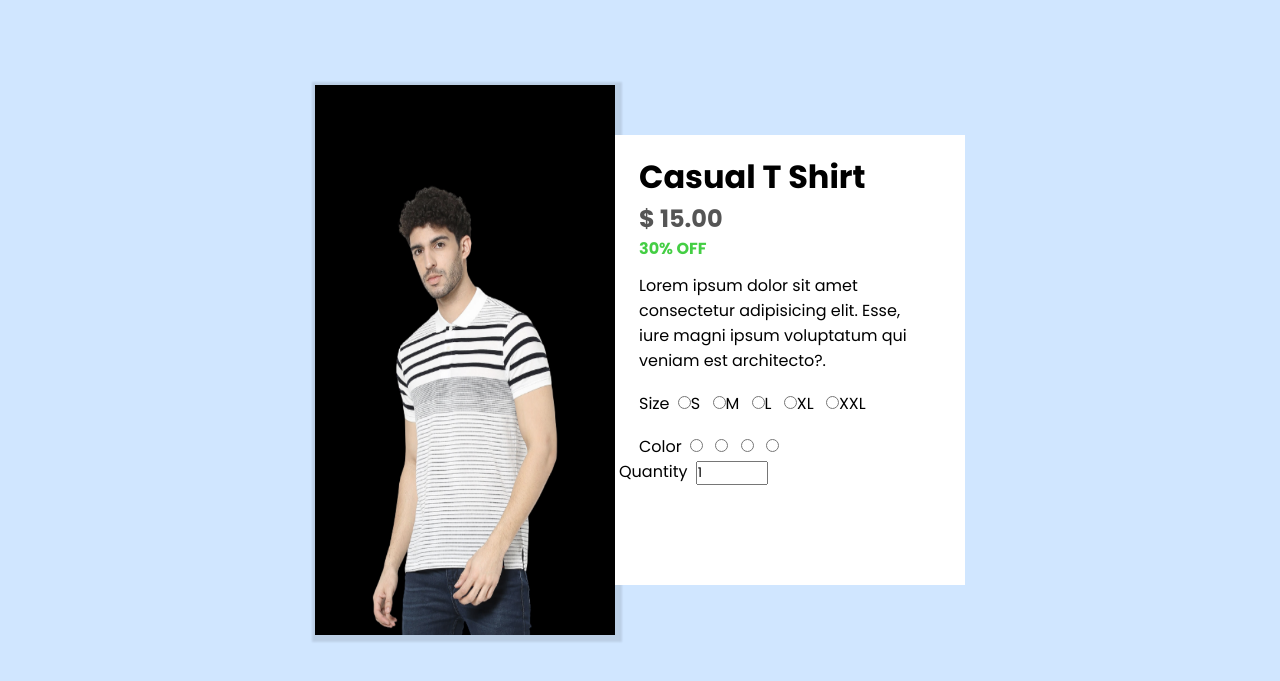
Repository: Ankitkr2021/Product-Page
Page: index.html
These files come from the project's save history. The page is drawn as it stood at one moment and after the next save; the edit follows.
The browser window is 1280 px wide. The pictures show the whole page.

Above is the page before, as saved 2025-10-24 11:16:36.

### index.html
<!DOCTYPE html>
<html lang="en">
<head>
    <meta charset="UTF-8">
    <meta name="viewport" content="width=device-width, initial-scale=1.0">
    <title>Product Page Design</title>
    <link rel="stylesheet" href="./style.css">
</head>
<body>
    <div class="main">
    <div class="left">
    <div class="image1"><img src="./images/image1.png" alt=""></div>
    <div class="image2"></div>
    <div class="image3"></div>
    </div>
    <div class="right">
        <h1>Casual T Shirt</h1>
        <h2>$ 15.00</h2>
        <h4>30% OFF</h4>
        <p>Lorem ipsum dolor sit amet consectetur adipisicing elit. Esse, iure magni ipsum voluptatum qui veniam est architecto?.</p>

        <div class="size"> Size
        <label><input type="radio" name="size" value="s">S</label>
        <label><input type="radio" name="size" value="m">M</label>
        <label><input type="radio" name="size" value="l">L</label>
        <label><input type="radio" name="size" value="xl">XL</label>
        <label><input type="radio" name="size" value="xxl">XXL</label>
        </div>

        <div class="color">
        Color
        <label><input type="radio" name="color" value="red"></label>
        <label><input type="radio" name="color" value="green"></label>
        <label><input type="radio" name="color" value="blue"></label>
        <label><input type="radio" name="color" value="pink"></label>
        </div>

        <div class="quantity">
            <label>Quantity</label>
             <input type="number" id="qty" name="qty" min="1" max="10" value="1">
        </div>
    </div>
    </div>
</body>
</html>

### style.css
@import url("https://fonts.googleapis.com/css2?family=Poppins:wght@400;700&display=swap");

*{
    margin: 0;
    padding: 0;
    box-sizing: border-box;
    font-family: "Poppins",sans-serif;
}

.main {
    display: flex;
    align-items: center;
    justify-content: center;
    height: 100vh;
    width: 100%;
    background: rgba(187, 219, 255, 0.692);
}

.left {
    height: 550px;
    width: 300px;
    background: #000;
    box-shadow: 2px 2px 2px 5px rgba(0,0,0,0.1);
}

img {
    /* background: green; */
    margin-top: 100px;
    height: 450px;
    width: 300px;
}

.right{
    height: 450px;
    width: 350px;
    background: #fff;
}

.right h1 {
    padding: 18px 12px 0 24px;
}

.right h2 {
    padding: 0 12px 0 24px;
    color: rgb(85, 85, 85);
}

.right h4 {
    padding: 0 12px 12px 24px;
    color: rgb(68, 206, 68);
}

.right p {
    width: 310px;
    padding: 0px 12px 0 24px ;
}

.size {
    padding: 18px 12px 0 24px;
}

.color {
    padding: 18px 12px 0 24px;
}

.right label {
    padding: 4px ;

}

After the next save:
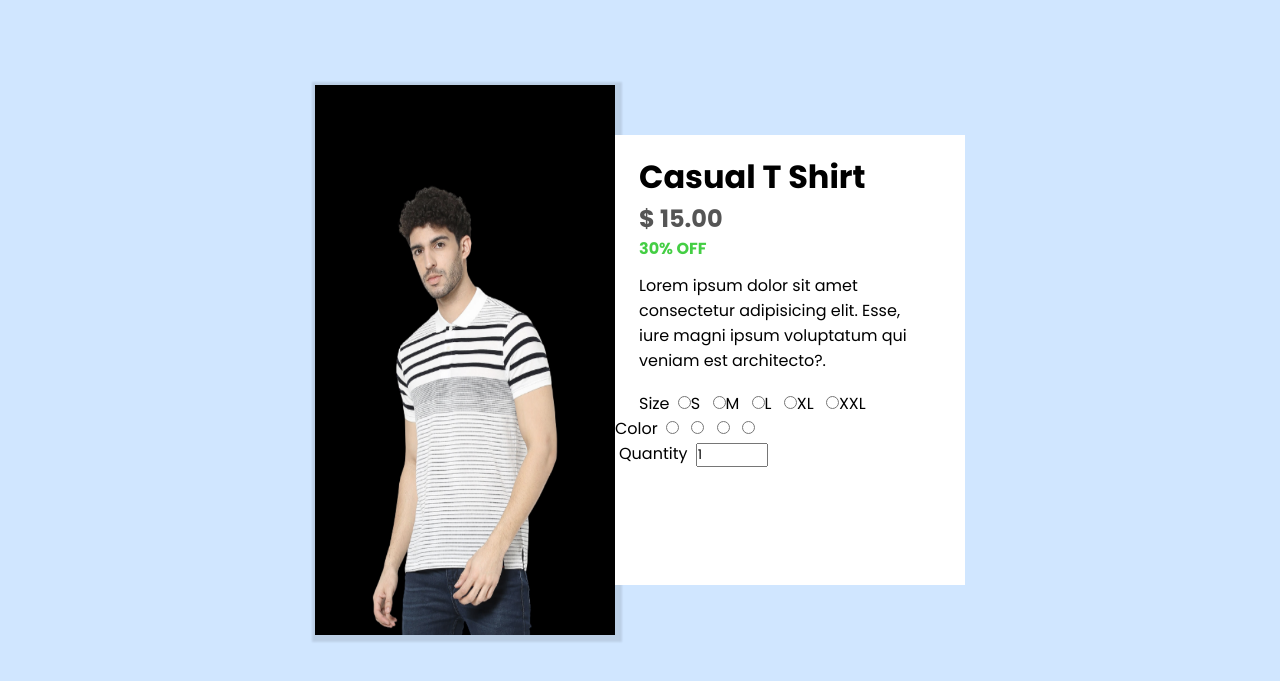
Saved 11 s later.
--- a/style.css
+++ b/style.css
@@ -59,6 +59,8 @@
     padding: 18px 12px 0 24px;
 }
 
+input
+
 .color {
     padding: 18px 12px 0 24px;
 }

After the save that followed:
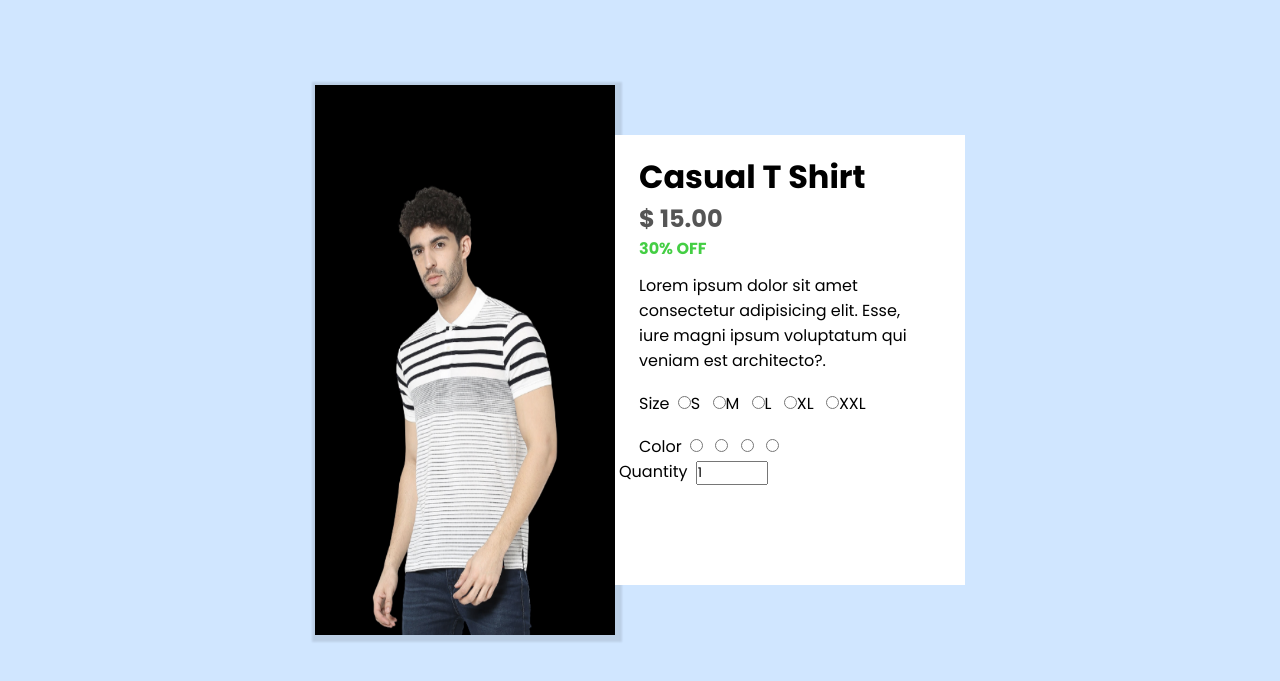
Saved 26 s later.
--- a/style.css
+++ b/style.css
@@ -59,7 +59,9 @@
     padding: 18px 12px 0 24px;
 }
 
-input
+input[name="size"] {
+    padding-left: 12px;
+}
 
 .color {
     padding: 18px 12px 0 24px;
